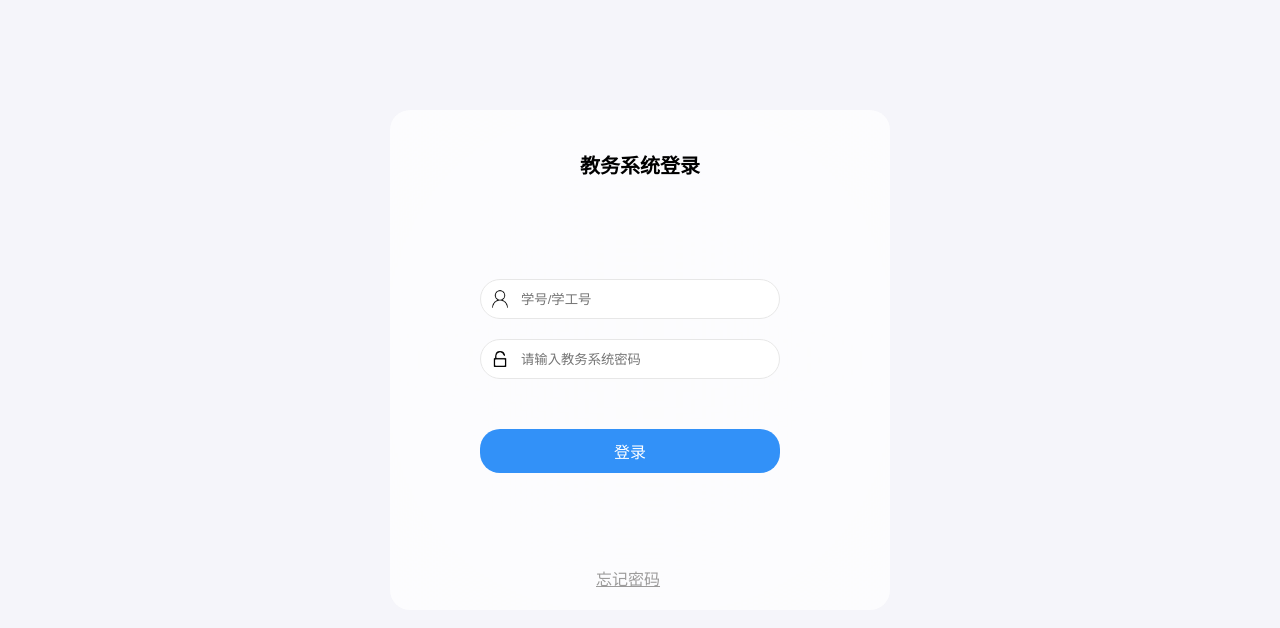
Repository: yangziteng/System
Page: / (app in myreact/)
These files come from the project's save history. The page is drawn as it stood at one moment and after the next save; the edit follows.
The browser window is 1280 px wide. The pictures show the whole page.
The project was rebuilt for these pictures with package versions that can differ from the ones it lists, and the page was loaded fresh each time. Also part of the build but not shown: myreact/vite.config.js, myreact/src/App.css, myreact/src/App.jsx, myreact/src/log.jsx.

Above is the page before, as saved 2022-07-10 20:30:09.

After the next save:
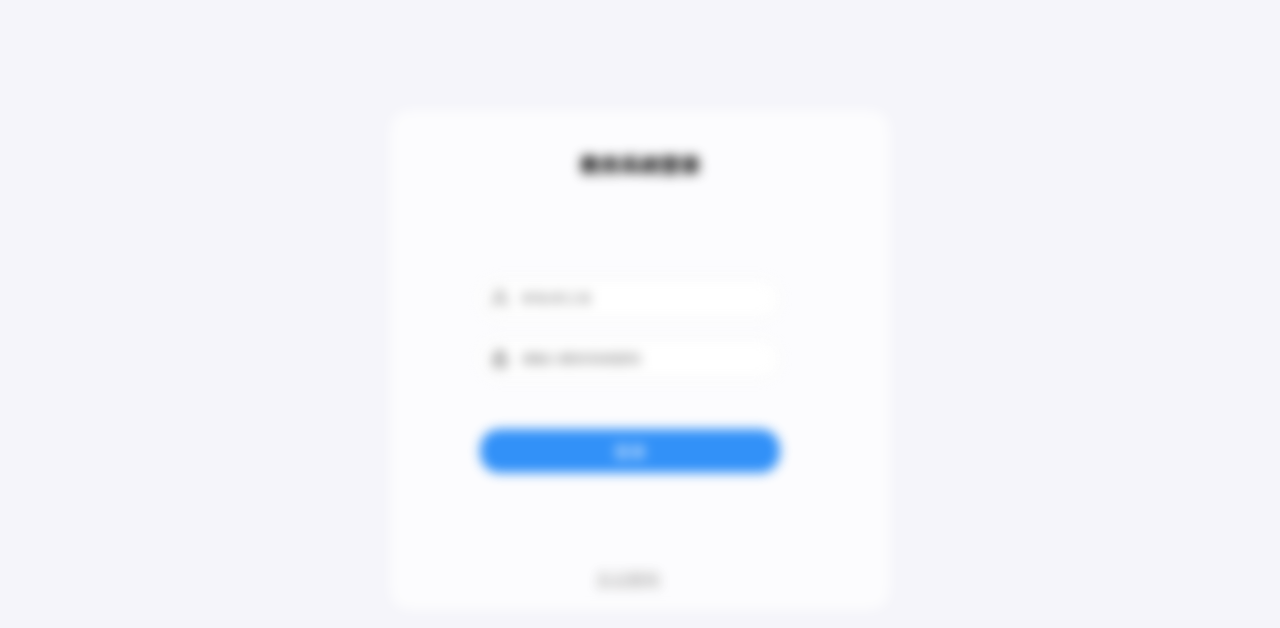
Saved 29 s later.
--- a/myreact/src/pages/Login/Login.css
+++ b/myreact/src/pages/Login/Login.css
@@ -8,7 +8,7 @@
 }
 .model{
     width: 500px;
-    backdrop-filter: blur(200px);
+    filter: blur(6px);
     height: 500px;
     background: rgba(255, 255, 255, .7);
     border-radius: 20px;
